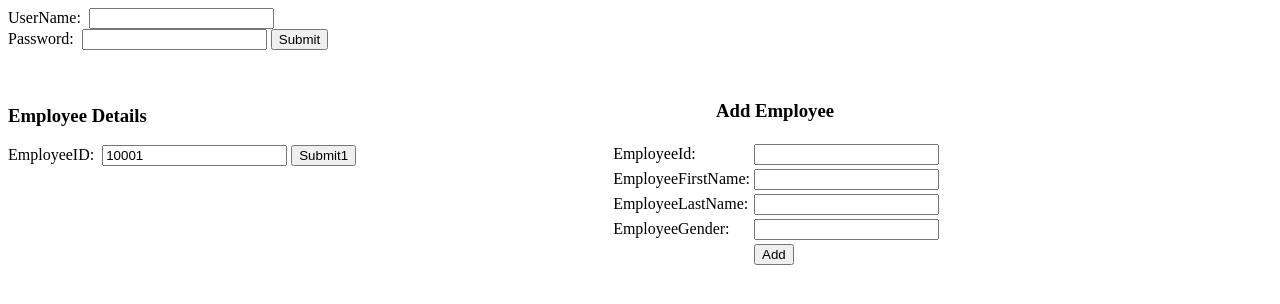
Repository: sandeep27y/MavenWebAppMultiModule-Servlets
Page: http://localhost/EmployeeApplication/LogIn.jsp
The author's editor kept a copy of each file at every save. The page is drawn from the files as they stood at one save, then again after the next save.
The browser window is 1280 px wide. The pictures show the whole page.
The page is served by Tomcat 9. Other server files are loaded and not shown.

Above is the page before, as saved 2017-06-10 20:14:14.

### MavenWebAppMultiModule-Servlets/EmployeeMultiModule/EmployeeApplication/src/main/webapp/LogIn.jsp
<%@ page language="java" contentType="text/html; charset=ISO-8859-1"
    pageEncoding="ISO-8859-1"%>
<!DOCTYPE html PUBLIC "-//W3C//DTD HTML 4.01 Transitional//EN" "http://www.w3.org/TR/html4/loose.dtd">
<html>
<head>
<meta http-equiv="Content-Type" content="text/html; charset=ISO-8859-1">
<title>Insert title here</title>
</head>
<body>
<form action="/EmployeeApplication/employeelogin.do" method="post">
UserName: &nbsp;<input type="text" name="username"><br>
Password: &nbsp;<input type="password" name="password">
<input type="Submit" value="Submit"><br>
</form>
<br><br>
<div align="left">
<form action="/EmployeeApplication/EmployeeInfromation.do" method="post">
<h3>Employee Details</h3>
EmployeeID: &nbsp;<input type="text" name="employeeId" value="10001">
<input type="Submit" value="Submit1"><br>
</form>
</div>
<div align="right" style="margin-top: -85px; margin-right: 330px">
<form action="/EmployeeApplication/add" method="post">
<h3 style="margin-right: 108px">Add Employee</h3>
<table>
	<tr>
		<td>EmployeeId: </td>
		<td><input type="text" name="employeeId"></td>
	</tr>
	<tr>
		<td>EmployeeFirstName: </td>
		<td><input type="text" name="firstName"></td>
	</tr>
	<tr>
		<td>EmployeeLastName: </td>
		<td><input type="text" name="lastName"></td>
	</tr>
	<tr>
		<td>EmployeeGender: </td>
		<td><input type="text" name="gender"></td>
	</tr>
	<tr>
		<td><td><input type="submit" value="Add"></td>
	</tr>
</table>
</div>
</form>
</body>
</html>

After the next save:
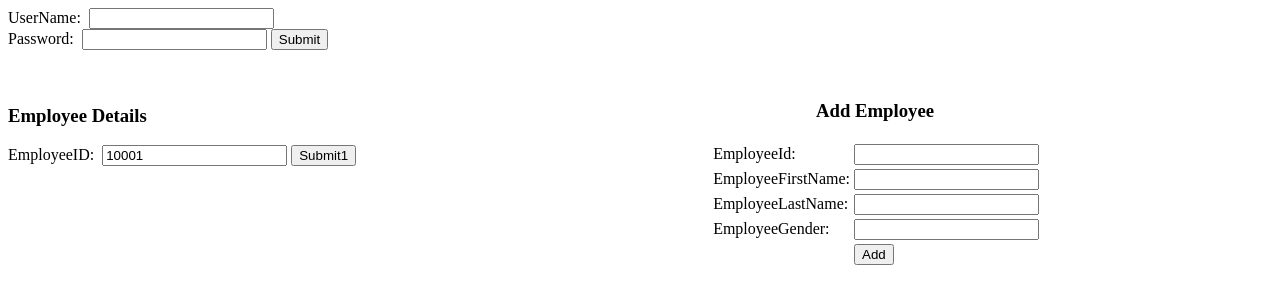
Saved 17 s later.
--- a/MavenWebAppMultiModule-Servlets/EmployeeMultiModule/EmployeeApplication/src/main/webapp/LogIn.jsp
+++ b/MavenWebAppMultiModule-Servlets/EmployeeMultiModule/EmployeeApplication/src/main/webapp/LogIn.jsp
@@ -20,7 +20,7 @@ EmployeeID: &nbsp;<input type="text" name="employeeId" value="10001">
 <input type="Submit" value="Submit1"><br>
 </form>
 </div>
-<div align="right" style="margin-top: -85px; margin-right: 330px">
+<div align="right" style="margin-top: -85px; margin-right: 230px">
 <form action="/EmployeeApplication/add" method="post">
 <h3 style="margin-right: 108px">Add Employee</h3>
 <table>
